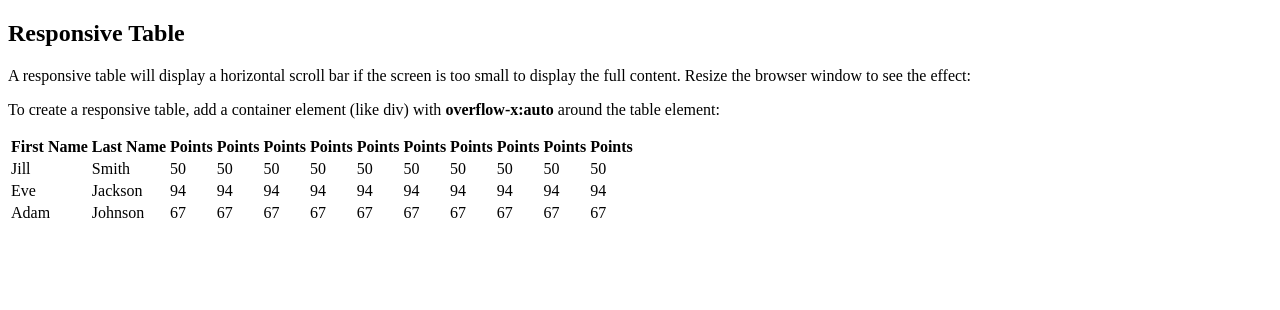
Repository: poomshen/team_03_project2
Page: WebBasic/WebContent/Ex23_Css_Table_LayOut.html
These files come from the project's save history. The page is drawn as it stood at one moment and after the next save; the edit follows.
The browser window is 1280 px wide. The pictures show the whole page.

Above is the page before, as saved 2016-08-29 06:23:33.

After the next save:
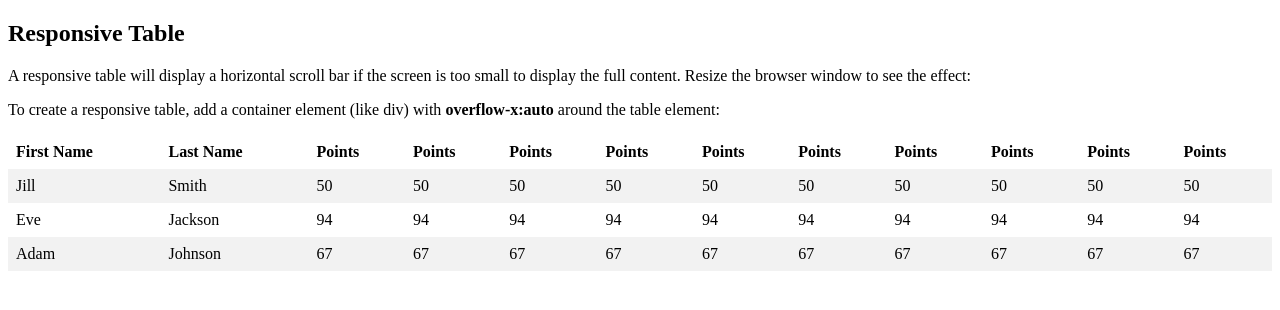
Saved 40 s later.
--- a/WebBasic/WebContent/Ex23_Css_Table_LayOut.html
+++ b/WebBasic/WebContent/Ex23_Css_Table_LayOut.html
@@ -3,6 +3,19 @@
 <head>
 <meta charset="UTF-8">
 <title>Insert title here</title>
+<style>
+table {
+    border-collapse: collapse;
+    width: 100%;
+}
+
+th, td {
+    text-align: left;
+    padding: 8px;
+}
+
+tr:nth-child(even){background-color: #f2f2f2}
+</style>
 </head>
 <body>
 <h2>Responsive Table</h2>
